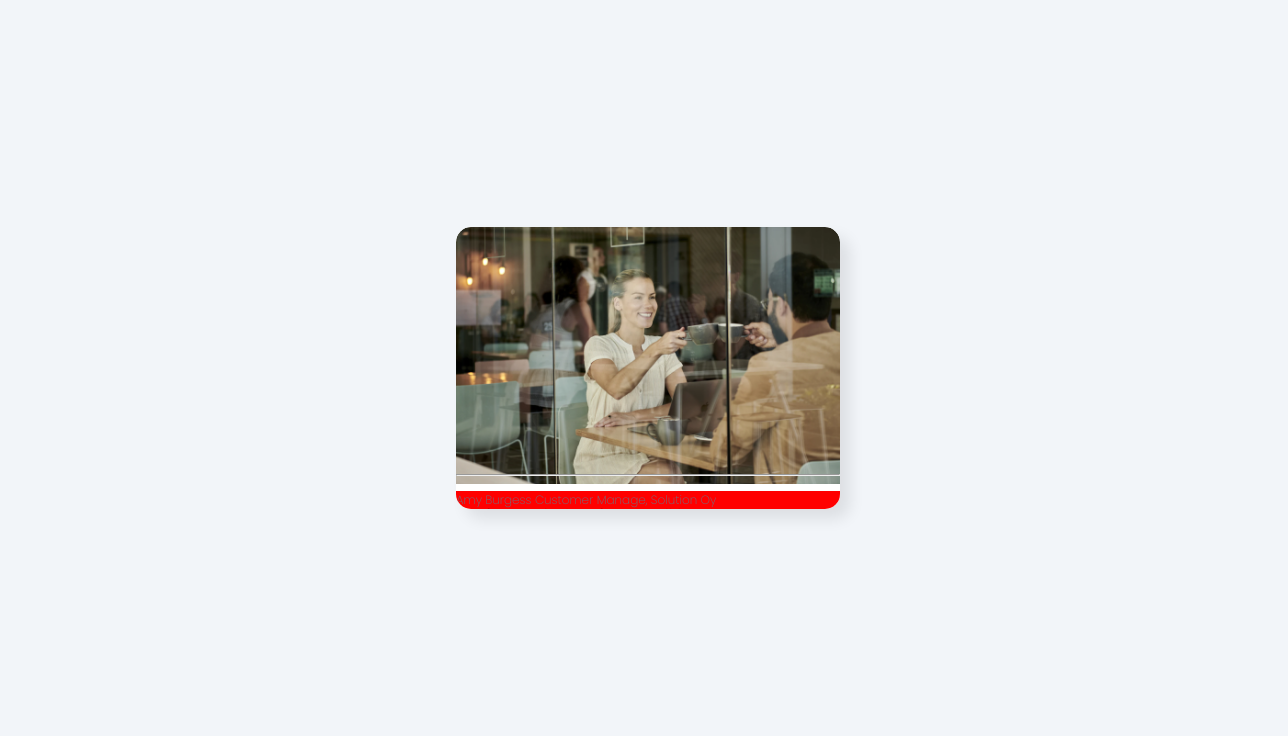
Repository: massndongo/business-blog-card
Page: index.html
An editor plug-in stored every save of this project. The page is shown before and after the next save, followed by the edit.
The browser window is 1280 px wide. The page is 1288 px wide, so the pictures cover 1288 px, including what lies to the right of the window. The pictures show the whole page.

Above is the page before, as saved 2023-11-08 04:54:36.

After the next save:
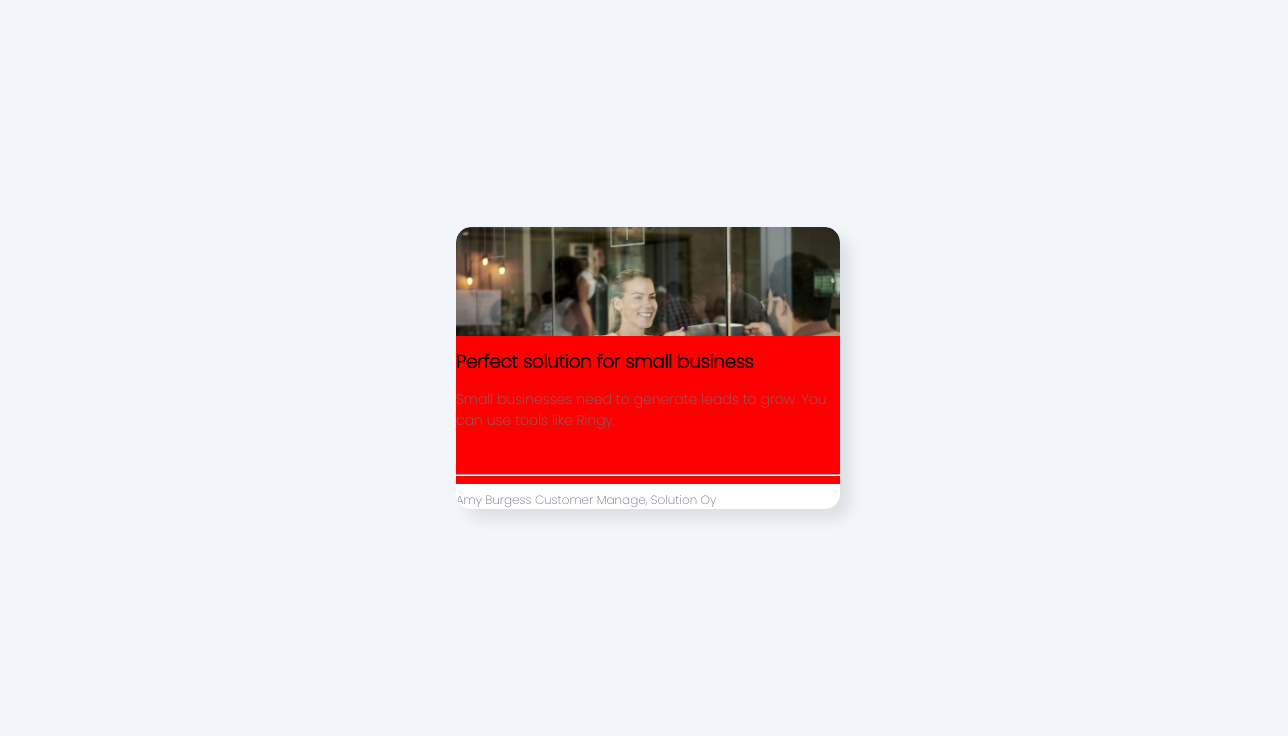
Saved 19 s later.
--- a/css/styles.css
+++ b/css/styles.css
@@ -35,6 +35,7 @@
     background-color: red;
     padding-bottom: 10%;
     position: absolute;
+    bottom: 9%;
     left: 0;
     right: 0;
 

After the save that followed:
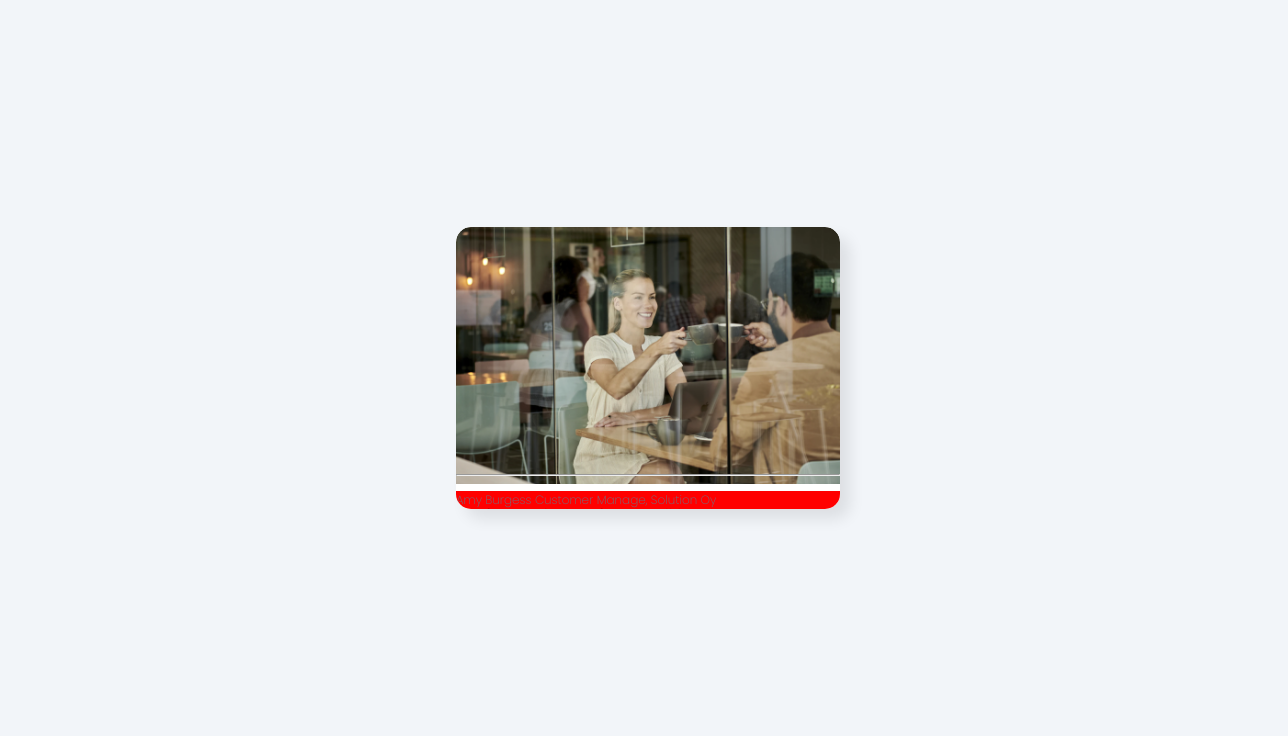
Saved 15 s later.
--- a/css/styles.css
+++ b/css/styles.css
@@ -35,7 +35,6 @@
     background-color: red;
     padding-bottom: 10%;
     position: absolute;
-    bottom: 9%;
     left: 0;
     right: 0;
 
